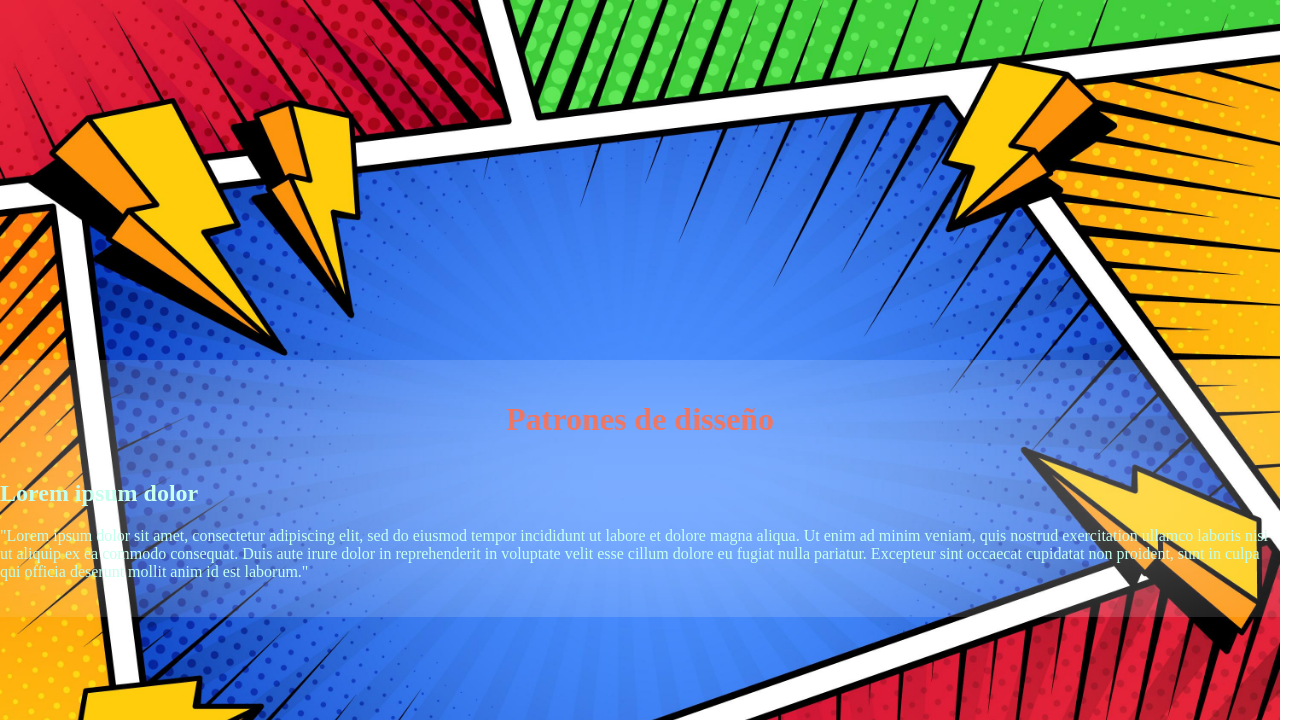
Repository: nrsWebs/design-pattern-es
Page: index.html
An editor plug-in stored every save of this project. The page is shown before and after the next save, followed by the edit.
The browser window is 1280 px wide. The page is 1300 px wide, so the pictures cover 1300 px, including what lies to the right of the window. The pictures show the whole page.

Above is the page before, as saved 2021-02-06 19:11:12.

After the next save:
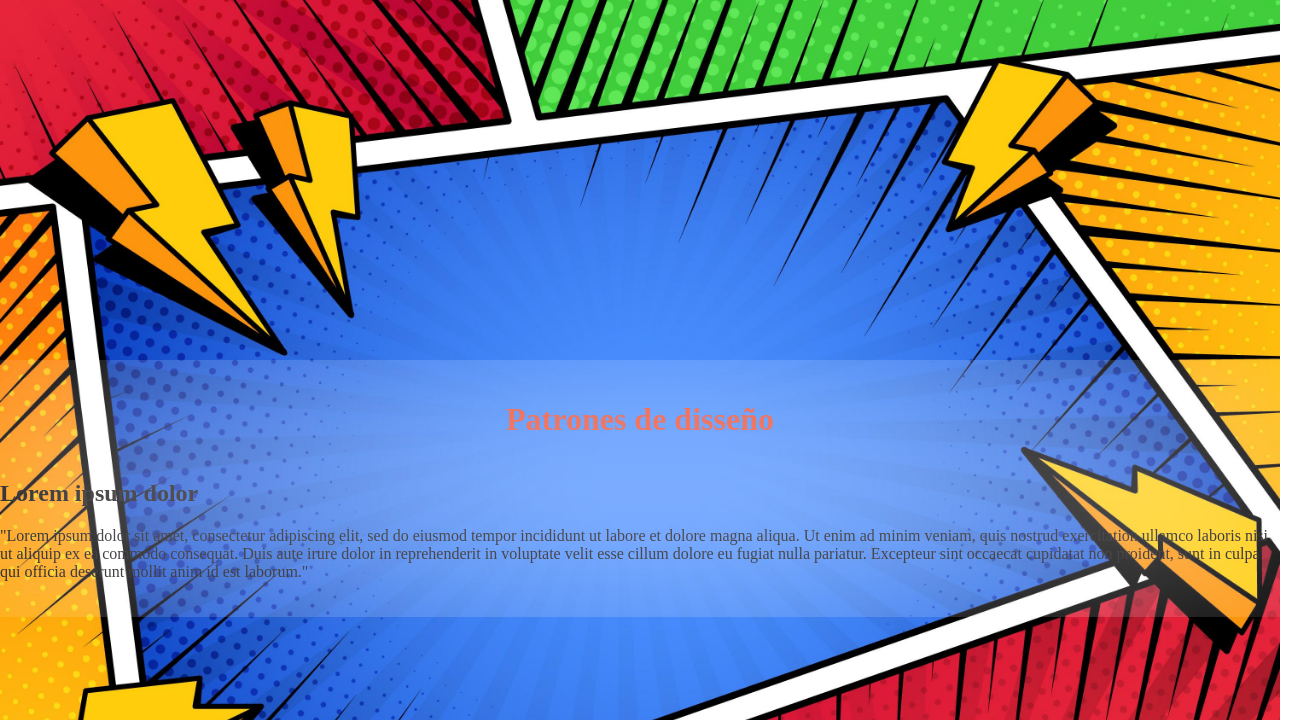
Saved 31 s later.
--- a/source/main.css
+++ b/source/main.css
@@ -1,7 +1,7 @@
 :root {
     --main: #141115;
     --secondary:  #E94F37;
-    --auxiliar: #B5FFE9;
+    --font-color: #B5FE9;
 }
 .hidden-container{
     display: none;;
@@ -14,7 +14,7 @@ body {
     display: flex;
     justify-content: center;
     width: 100%;
-    color: var(--auxiliar)
+    color: var(--main)
 }
 .main-content{
     display: block;
